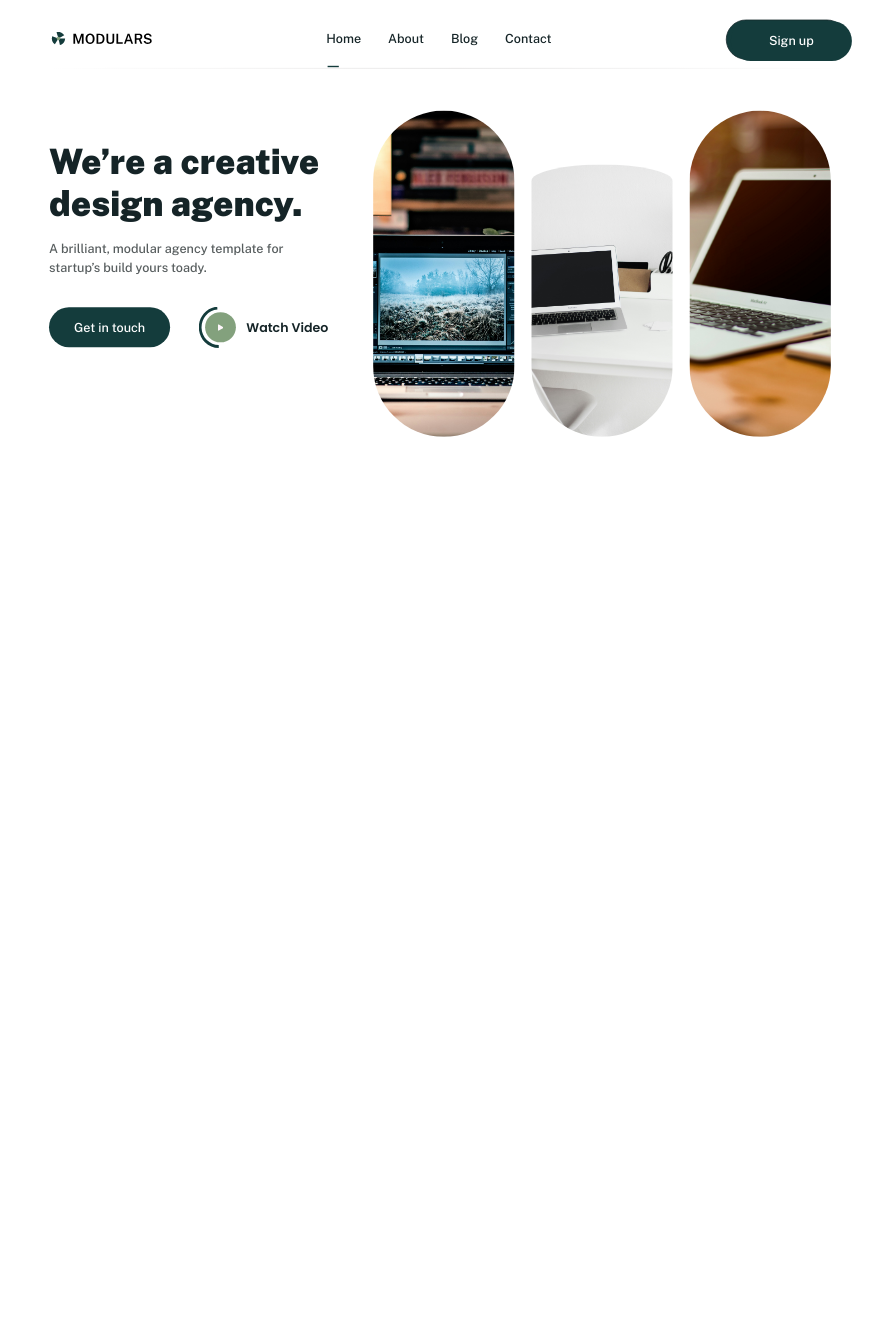
Repository: Learncode-every-day/Project-3.1
Page: index.html
An editor plug-in stored every save of this project. The page is shown before and after the next save, followed by the edit.
The browser window is 1280 px wide. The pictures show the part of the page from y = 0 to 1920 px (the page is 5015 px tall), at 70% of full size.

Above is the page before, as saved 2024-06-22 18:24:51.

After the next save:
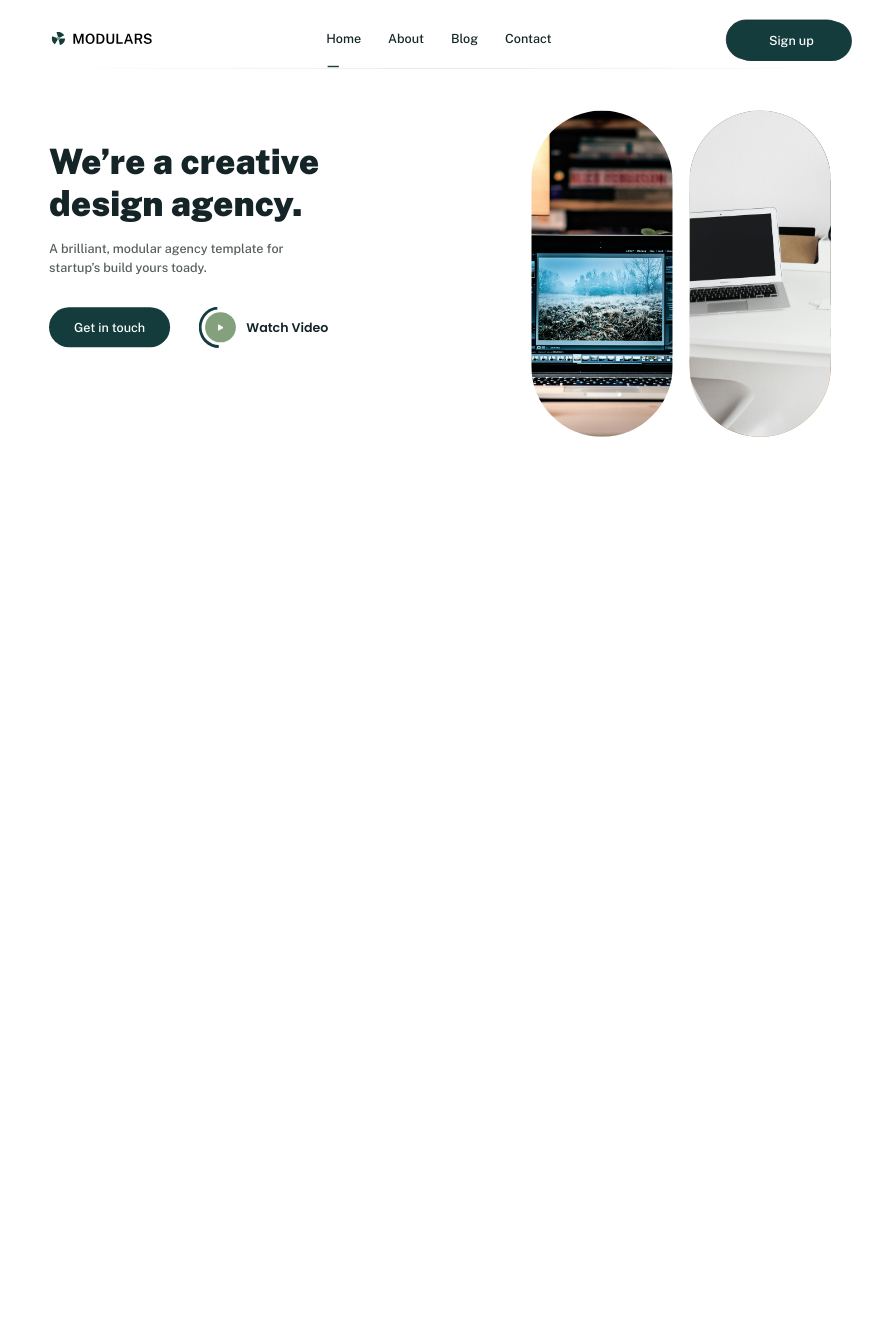
Saved 39 s later.
--- a/assets/css/style.css
+++ b/assets/css/style.css
@@ -193,6 +193,7 @@
 }
 
 .hero__media {
+    position: relative;
     display: flex;
     margin-right: 23px;
     padding-top: 60px;
@@ -206,10 +207,10 @@
     border-radius: 999px;
 }
 
+.hero__image:nth-child(2) {
+    position: absolute;
+}
+
 .hero__image:last-child {
     margin-right: 0;
 }
-
-.hero__image--down {
-    padding-top: 77px;
-}
